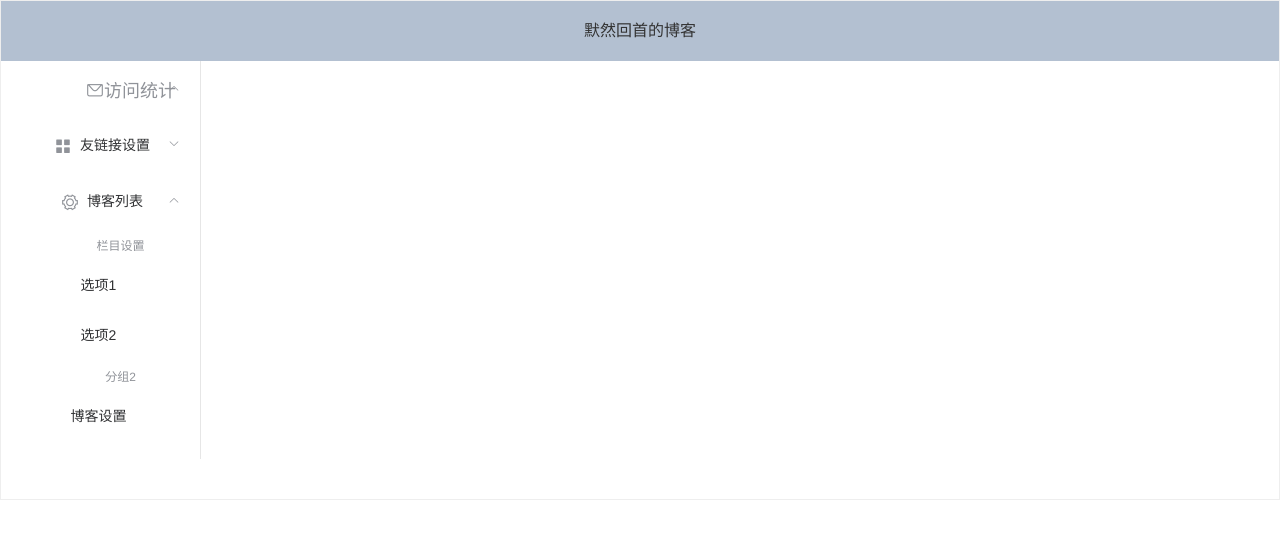
Repository: 550406066/blog
Page: / (app in blog/)
An editor plug-in stored every save of this project. The page is shown before and after the next save, followed by the edit.
The browser window is 1280 px wide. The pictures show the whole page.
The project was rebuilt for these pictures with package versions that can differ from the ones it lists, and the page was loaded fresh each time.

Above is the page before, as saved 2018-12-08 10:23:58.

After the next save:
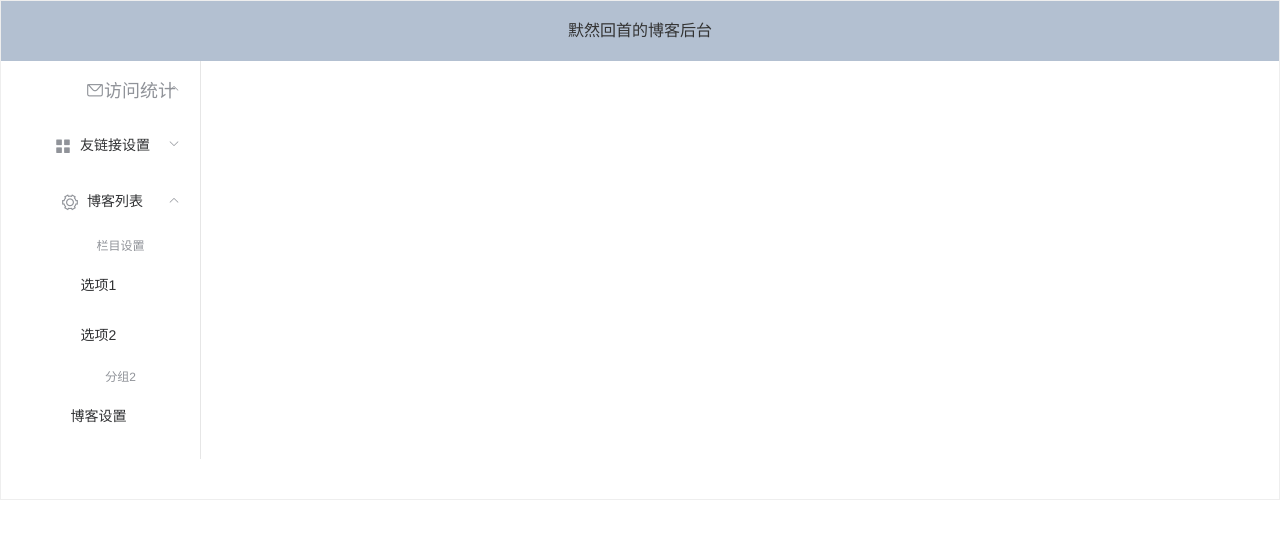
Saved 20 s later.
--- a/blog/src/components/HelloWorld.vue
+++ b/blog/src/components/HelloWorld.vue
@@ -41,7 +41,7 @@
   name: 'HelloWorld',
   data() {
     return{
-  blogInfo:'默然回首的博客'
+  blogInfo:'默然回首的博客后台'
     }
 
   }
